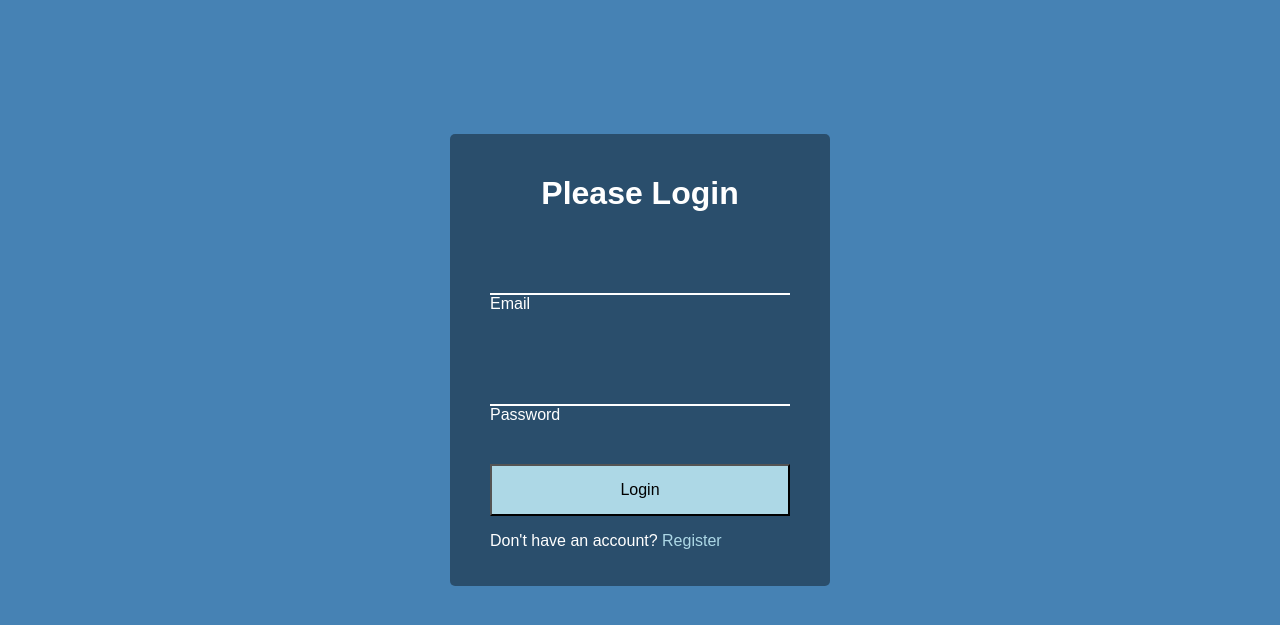
Repository: thecoachanna/form-animation
Page: index.html
These files come from the project's save history. The page is drawn as it stood at one moment and after a run of saves; the edit follows.
The browser window is 1280 px wide. The pictures show the whole page.
Some web fonts or font styles are not loaded; a fallback is used.

Above is the page before, as saved 2023-02-26 09:59:51.

After the next 4 saves:
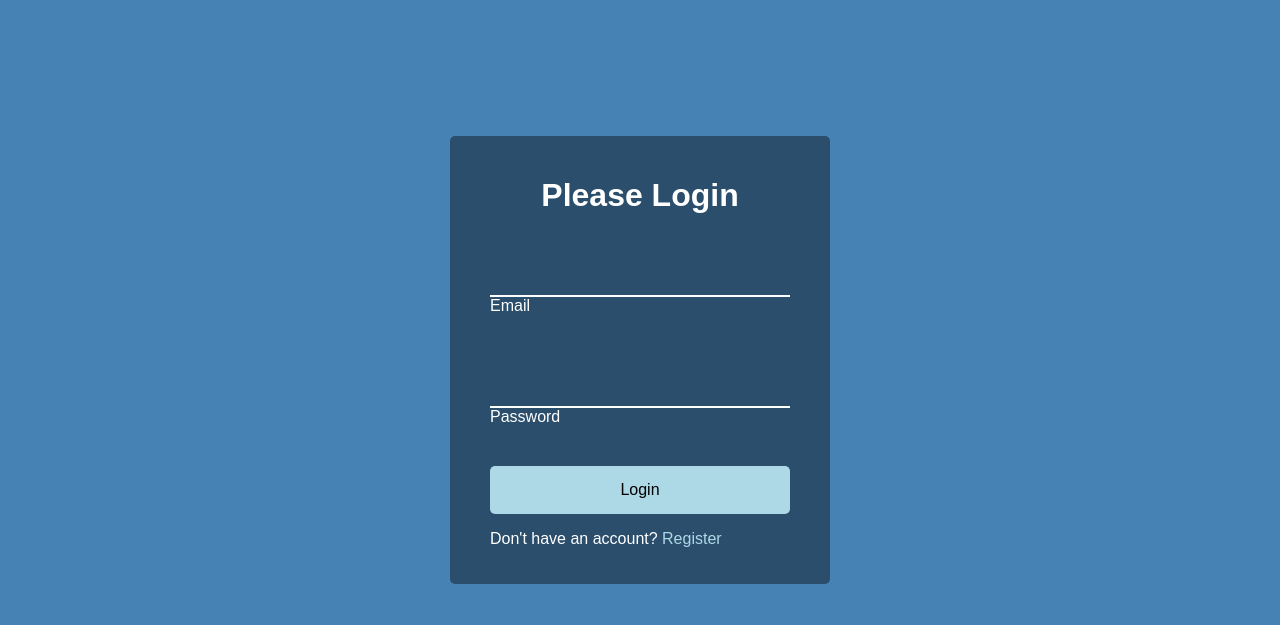
The 4 saves are shown as one change because they came seconds apart.
The last was saved 12 s later.
--- a/style.css
+++ b/style.css
@@ -42,6 +42,8 @@ body {
     padding: 15px;
     font-family: inherit;
     font-size: 16px;
+    border: 0;
+    border-radius: 5px;
 }
 
 .form-control {
